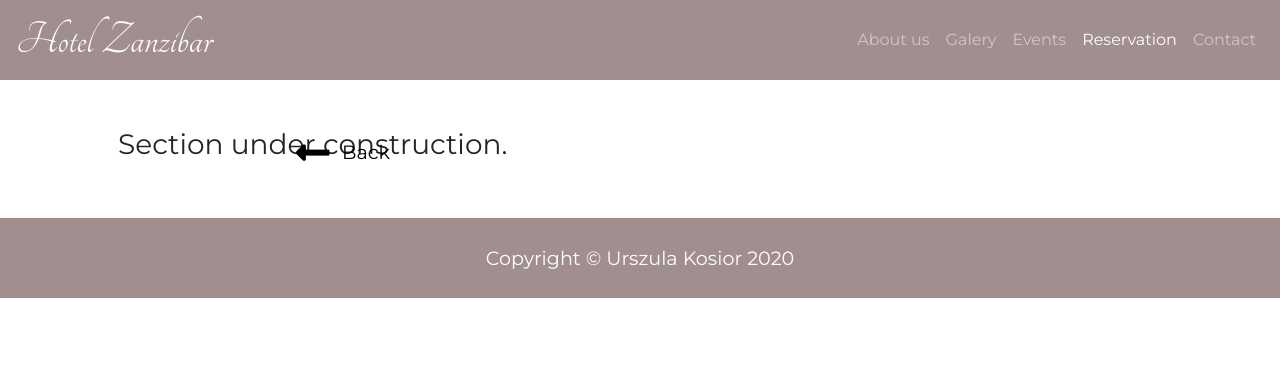
Repository: Ulaa93/Hotel-Zanzibar
Page: reservation.html
The author's editor kept a copy of each file at every save. The page is drawn from the files as they stood at one save, then again after the next save.
The browser window is 1280 px wide. The pictures show the whole page.

Above is the page before, as saved 2020-01-28 15:51:58.

After the next save:
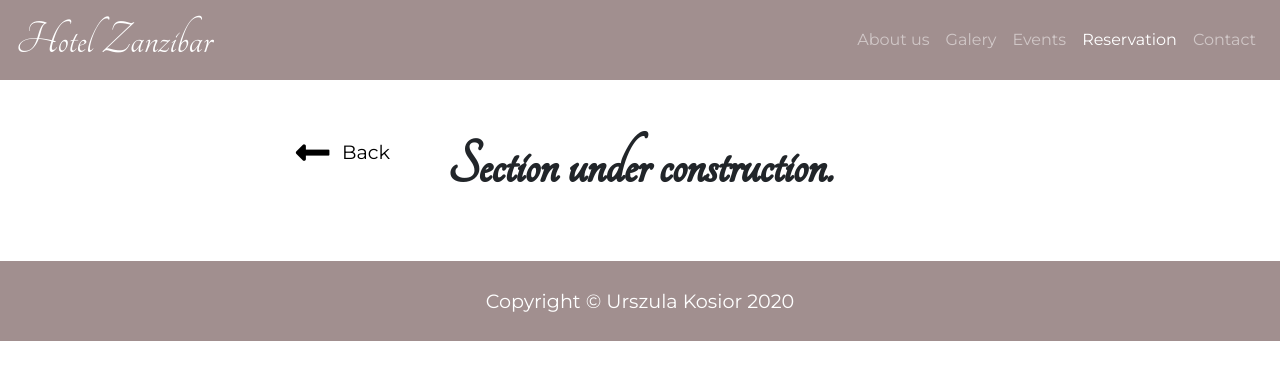
Saved 18 s later.
--- a/reservation.html
+++ b/reservation.html
@@ -66,7 +66,7 @@
   <a href="./index.html"><i class="fas fa-long-arrow-alt-left"></i> Back</a>
  </div>
     <section class="galery container p-5">
-      <h3>Section under construction.</h3>
+      <h2>Section under construction.</h2>
     </section>
 
     <footer>
